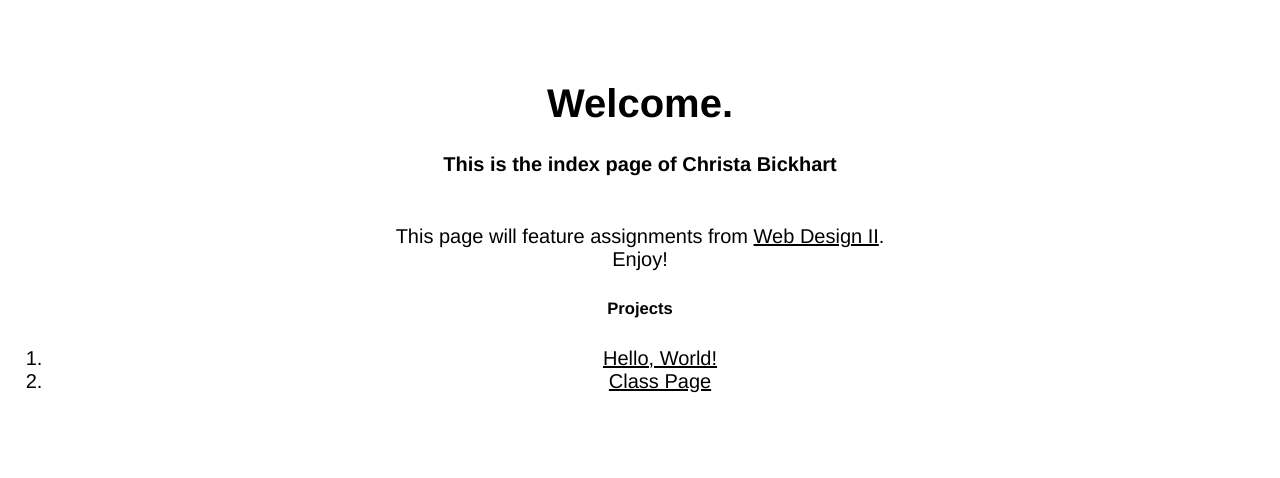
Repository: cbickhar/cbickhar.github.io
Page: index.html
The author's editor kept a record of every edit. The page is drawn from the files as they stood at one moment, then again after the next edit.
The browser window is 1280 px wide. The pictures show the whole page.

Above is the page before.

### index.html
<html>
    <head>
        <title>Christa Bickhart - Index Page</title>
        <link href="styles.css" rel="stylesheet" type="text/css">
    </head>
    <body>
        <!--<img src="img/cat.jpg" width= 300 px>
        -->
        <br>
        <br>


        <h1>Welcome.</h1>
            <h4>This is the index page of Christa Bickhart</h4>
        <br>
            This page will feature assignments from <a href="http://www.web2.ga">Web Design II</a>.
        <br>
        Enjoy!
        <br>
        <h5>Projects</h5>

<ol type="1">
 <li> <a href="project_1/project_1.html">Hello, World!</a></li>
 <li> <a href="project_2/index.html">Class Page</a></li>
</ol>

    </body>
</html>

### styles.css
body {
    background-color: #fff;
    font-size: 20px;
    font-family: helvetica, arial, sans-serif;
    color: black;
    text-align: center;

}

a {
    color: black;
    text-decoration: underline;
}

h4{

    text-align: center;
}

h1{
    text-align: center;
}

a:hover {
    color: #f57955;
}


.section1 {
    width: 100px;
    height: 30px;
    color: white;
    text-align: center;
}

div {
    background-color:black;
    width: 400px;
    text-align: center;
}

title {
	position:relative;
	width: 680px;
	height:99px;
	margin-left:29px;
	margin-right:21px;
	color: white;
}

After the next edit:
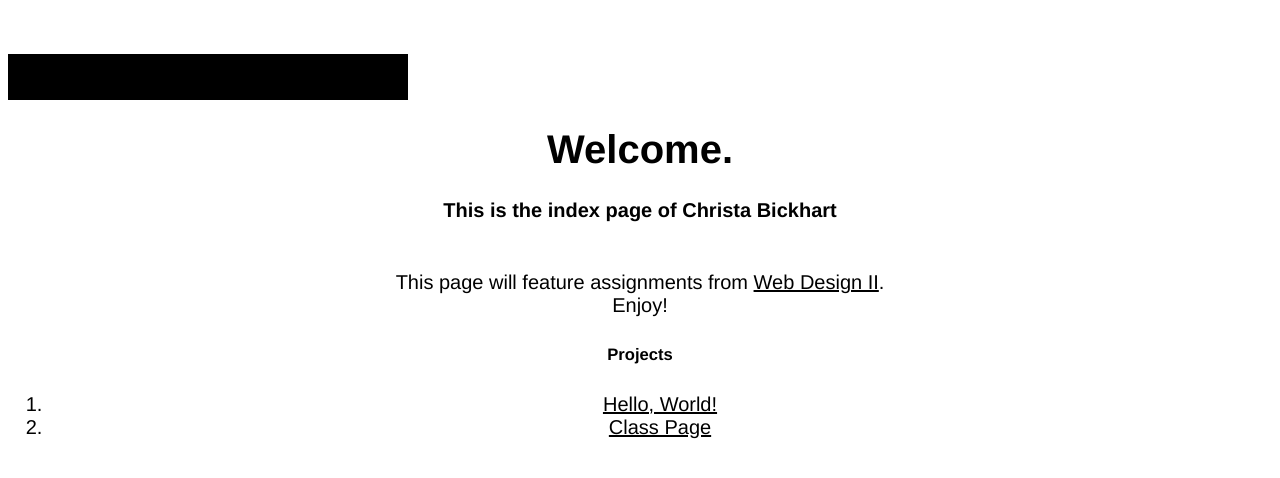
The edit:
--- a/index.html
+++ b/index.html
@@ -9,6 +9,10 @@
         <br>
         <br>
 
+<div id="header">
+    	<div class="title">A Subtle Green</div>
+        <div class="subText">A design by Bryant Smith</div>
+    </div>
 
         <h1>Welcome.</h1>
             <h4>This is the index page of Christa Bickhart</h4>
